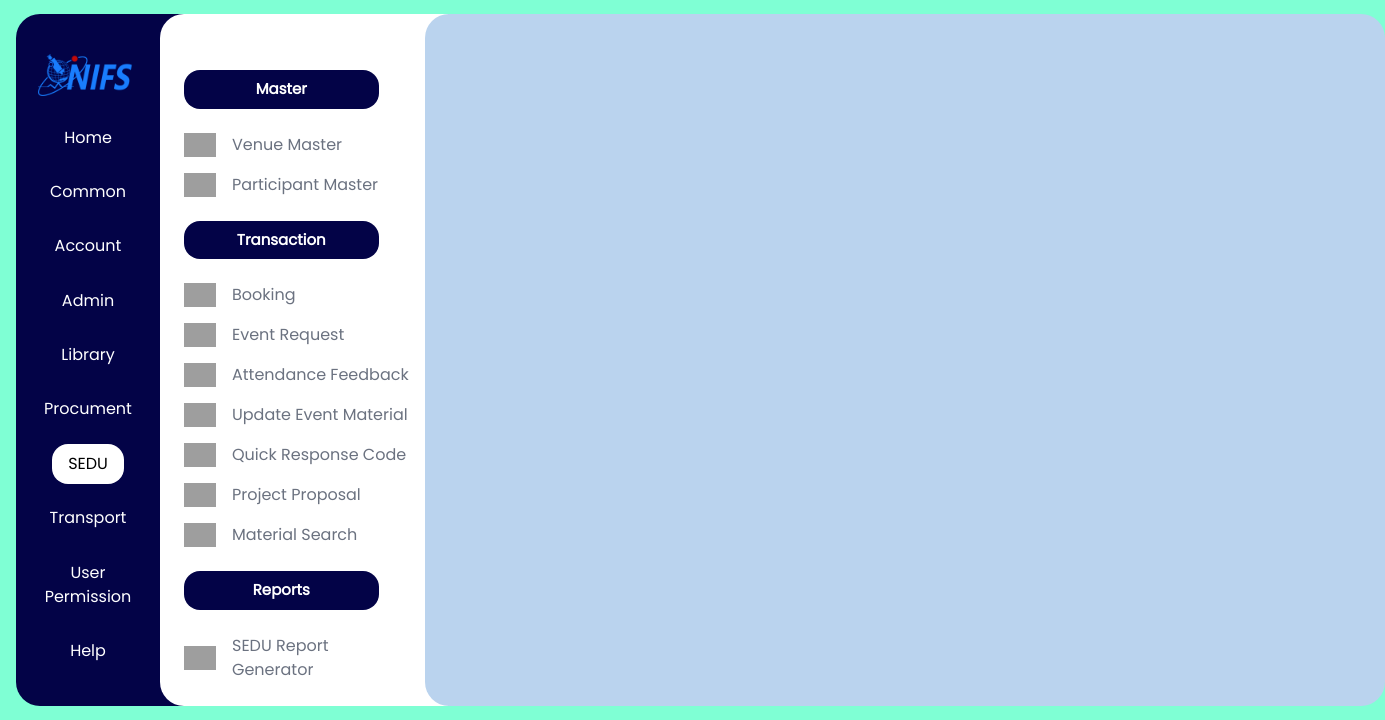
Repository: virangaj/NIFS-WebApp
Page: /sedu (app in client/)
These files come from the project's save history. The page is drawn as it stood at one moment and after the next save; the edit follows.
The browser window is 1280 px wide. The page is 1385 px wide, so the pictures cover 1385 px, including what lies to the right of the window. The pictures show the whole page.
Pictures or frames that could not be fetched are drawn as grey boxes. The project was rebuilt for these pictures with package versions that can differ from the ones it lists, and the page was loaded fresh each time. Also part of the build but not shown: client/src/pages/Login.tsx, client/src/pages/Home.tsx, client/src/components/Transport/shared/TransportNavbar.js, client/src/pages/TransportMainPage.tsx, client/src/pages/CommonMainPage.tsx, client/src/pages/AccountMainPage.tsx, client/src/pages/AdminMainPage.tsx, client/src/pages/LibraryMainPage.js and 15 more.

Above is the page before, as saved 2022-07-31 00:12:01.

### client/public/index.html
<!DOCTYPE html>
<html lang="en">
	<head>
		<meta charset="utf-8" />
		<link rel="icon" href="nifs_logo.png" />
		<meta name="viewport" content="width=device-width, initial-scale=1" />
		<meta name="theme-color" content="#000000" />
		<meta
			name="description"
			content="Web site created using create-react-app"
		/>
		<link rel="apple-touch-icon" href="%PUBLIC_URL%/logo192.png" />
		<!--
      manifest.json provides metadata used when your web app is installed on a
      user's mobile device or desktop. See https://developers.google.com/web/fundamentals/web-app-manifest/
    -->
		<link rel="manifest" href="%PUBLIC_URL%/manifest.json" />
		<!--
      Notice the use of %PUBLIC_URL% in the tags above.
      It will be replaced with the URL of the `public` folder during the build.
      Only files inside the `public` folder can be referenced from the HTML.

      Unlike "/favicon.ico" or "favicon.ico", "%PUBLIC_URL%/favicon.ico" will
      work correctly both with client-side routing and a non-root public URL.
      Learn how to configure a non-root public URL by running `npm run build`.
    -->
		<link
			href="https://fonts.googleapis.com/css?family=Poppins"
			rel="stylesheet"
		/>
		<title>NIFS Dashboard</title>
	</head>
	<body>
		<noscript>You need to enable JavaScript to run this app.</noscript>
		<div id="root"></div>
		<!--
      This HTML file is a template.
      If you open it directly in the browser, you will see an empty page.

      You can add webfonts, meta tags, or analytics to this file.
      The build step will place the bundled scripts into the <body> tag.

      To begin the development, run `npm start` or `yarn start`.
      To create a production bundle, use `npm run build` or `yarn build`.
    -->
	</body>
</html>

### client/src/index.css
@tailwind base;
@tailwind components;
@tailwind utilities;

* {
  margin: 0;
}

body {
  font-family: 'Poppins';
  -webkit-font-smoothing: antialiased;
  -moz-osx-font-smoothing: grayscale;
  background-color: #dfe7ee;

}

::-webkit-scrollbar {
  display: none;
}


:root {
  --main-navbar-back: #030347;
  --nav-title-section-back: rgba(47, 163, 72, 0.589);
  --white: #fff;
  --black: #000;
  --gray: rgba(68, 68, 68, 0.432);
  --border-radius: 10px;
  --pimary: rgb(10, 94, 133);
  --warning: #ed3d63;
  --secondary-nav-color: rgb(255, 255, 255);
  --body-content-bg: rgb(186, 211, 238);
}


.nav-logo {
  width: 100px;
  height: auto;
  margin-bottom: 2vh;
}

a {
  text-decoration: none;
}



/* main navbar */
.main-nav-bg {
  background-color: var(--main-navbar-back) !important;
}

.main-navbar {
  background-color: var(--main-navbar-back) !important;
  width: 100% !important;
  height: 80px !important;

}

/* secondary navbar */

.sec-nav-bg {
  background-color: var(--secondary-nav-color);
}

.secondary-navbar {
  margin: auto;
}

.nav-flex-section {
  display: -webkit-flex;
  display: -ms-flexbox;
  display: flex;
  -webkit-flex-wrap: wrap;
  -ms-flex-wrap: wrap;
  flex-wrap: wrap;
  justify-content: center;
}

.nav-flex-inside {
  margin-left: 5px;
  margin-left: 5px;
}

.nav-title {
  font-size: 15px;
  text-align: center;
  color: var(--white);
  font-weight: 600;

}

.nav-title-section {
  /* border-radius: var(--border-radius);
  background-color: var(--nav-title-section-back);
  box-shadow: rgba(100, 100, 111, 0.2) 0px 7px 29px 0px;
  pointer-events: none;
  margin-left: 10px;
  margin-left: 10px; */
  background-color: var(--main-navbar-back);
}

.nav-icon {
  width: 40px;
}

.nav-link {
  display: flex;
  display: -webkit-flex;
  display: -ms-flexbox;
  flex-direction: column;
  align-items: center;
  font-size: 14px;
  margin-left: 5px;
  margin-right: 5px;
  border: none;
  box-shadow: rgba(100, 100, 111, 0.2) 0px 7px 29px 0px;
  padding: 4px 8px 6px 8px;
  margin-bottom: 10px;
  text-align: center;
  width: 125px;
  border-radius: var(--border-radius);
  background-color: var(--white);
  outline: none;
  min-height: 120px;
}

.nav-link:hover {
  color: var(--pimary);
  cursor: pointer;
  box-shadow: rgba(81, 146, 177, 0.2) 0px 7px 29px 0px;
  background-color: rgb(254, 255, 205);
  border-bottom: 2px solid var(--warning);
}


.nav-link:active {
  color: var(--pimary);
  cursor: pointer;
  box-shadow: rgba(81, 146, 177, 0.2) 0px 7px 29px 0px;
  background-color: rgb(205, 248, 255);
  border-bottom: 2px solid var(--warning);
}

.nav-link-active {
  color: var(--pimary);
  cursor: pointer;
  box-shadow: rgba(81, 146, 177, 0.2) 0px 7px 29px 0px;
  background-color: rgb(205, 248, 255);
  border-bottom: 2px solid var(--warning);
}

/* body content*/
.body-content {
  margin: auto;
  width: 90%;
  margin-top: 12vh;

}

/* main page content */
.main-content {
  width: 90%;
  margin: auto;
  margin-top: 20px;
}

/* sub page content */

.sub-body-content {
  border: 2px solid var(--gray);
  border-radius: var(--border-radius);
  padding: 10px;
}

.sub-body-title {
  font-size: 24px;
}



/* error page */
.error-page {
  border: 2px solid var(--gray);
  border-radius: var(--border-radius);
  height: 50vh;
  width: 50vw;
  margin: auto;
  margin-top: 50px;
}

.error-page-content {
  display: flex;
  flex-direction: column;
  align-items: center;
  text-align: center !important;
  margin-top: 50px;
}

.error-page-content h1 {
  font-size: 100px;
  color: var(--warning);
  font-weight: 700;
  pointer-events: none;

}

.error-page-content p {
  font-size: 20px;
  margin-bottom: 20px;
  pointer-events: none;
}


@media screen and (max-width: 1366px) {
  body {
    background-color: aquamarine;
  }

  .nav-link {
    font-size: 12px;
    padding: 4px 4px 6px 4px;
    width: 100px;
    min-height: 100px;
  }

  .nav-icon {
    width: 35px;
  }
}

### client/src/App.tsx
import React, { useEffect } from 'react';
import Navbar from './components/shared/Navbar';
import Login from './pages/Login'
import { BrowserRouter as Router, Route, Routes } from 'react-router-dom'
import Home from './pages/Home';
import TransportMainPage from './pages/TransportMainPage';
import CommonMainPage from './pages/CommonMainPage';
import AccountMainPage from './pages/AccountMainPage';
import AdminMainPage from './pages/AdminMainPage';
import LibraryMainPage from './pages/LibraryMainPage';
import ProcumentMainPage from './pages/ProcumentMainPage';
import SeduMainPage from './pages/SeduMainPage';
import UserPermissionMainPage from './pages/UserPermissionMainPage';
import NotificationMainPage from './pages/NotificationMainPage';
import HelpMainPage from './pages/HelpMainPage';
import ErrorPage from './pages/ErrorPage';
import VerticalMainNavbar from './components/shared/VerticalMainNavbar';


function App() {


  return (
    <div className='w-[98%] flex mx-auto flex-col h-[100vh]'>
      <Router>
        {/* <Navbar /> */}
        <div>
          <VerticalMainNavbar />
        </div>
        <div className='overflow-y-scroll ml-4 scroll-bar'>
          <Routes>
            <Route path="/login" element={<Login />} />
            <Route path="/" element={<Home />} />
            <Route path="/common/*" element={<CommonMainPage />} />
            <Route path="/account/*" element={<AccountMainPage />} />
            <Route path="/admin/*" element={<AdminMainPage />} />
            <Route path="/library/*" element={<LibraryMainPage />} />
            <Route path="/procument/*" element={<ProcumentMainPage />} />
            <Route path="/sedu/*" element={<SeduMainPage />} />
            <Route path="/transport/*" element={<TransportMainPage />} />
            <Route
              path="/user-permission/*"
              element={<UserPermissionMainPage />}
            />
            <Route
              path="/notification/*"
              element={<NotificationMainPage />}
            />
            <Route path="/help/*" element={<HelpMainPage />} />
            <Route path="/error-404" element={<ErrorPage />} />
          </Routes>
        </div>


      </Router>
    </div>
  );
}

export default App;

### client/src/pages/SeduMainPage.tsx
import React from 'react';
import { Route, Routes } from 'react-router-dom';
import AttendanceFeedback from '../components/sedu/AttendanceFeedback';
import EventRequest from '../components/sedu/EventRequest';
import MaterialSearch from '../components/sedu/MaterialSearch';
import ParticipantMaster from '../components/sedu/ParticipantMaster';
import ProjectProposal from '../components/sedu/ProjectProposal';
import QuickResponseCode from '../components/sedu/QuickResponseCode';
import SeduBooking from '../components/sedu/SeduBooking';
import SeduReportGenerator from '../components/sedu/SeduReportGenerator';
import SeduSecondaryNavbar from '../components/sedu/shared/SeduSecondaryNavbar';
import UpdateEventMaterial from '../components/sedu/UpdateEventMaterial';
import VenueMaster from '../components/sedu/VenueMaster';
import SecondaryNavbar from '../components/shared/SecondaryNavbar';
import Pages from '../components/data/SeduNavData.json'
import VerticalSecondaryNavbar from '../components/shared/VerticalSecondaryNavbar';

// sedu main page where all other section of sedu department can be access from here
function SeduMainPage() {
	// console.log(Pages);


	return (

		<div >
			{/* <SeduSecondaryNavbar /> */}
			{/* <SecondaryNavbar pages={Pages} /> */}
			{/* <div className="main-content"> */}
			<div className='secondary-nav-position'>
				<VerticalSecondaryNavbar pages={Pages} />
			</div>
			<div className='absolute left-[425px] top-[2vh] bg-body-content-bg w-[75vw] h-[96vh] rounded-3xl'>
				<Routes>
					<Route path="/venue-master" element={<VenueMaster />} />
					<Route path="/participant-master" element={<ParticipantMaster />} />
					<Route path="/booking" element={<SeduBooking />} />
					<Route path="/event-request" element={<EventRequest />} />
					<Route path="/attendance-feedback" element={<AttendanceFeedback />} />
					<Route path="/update-material" element={<UpdateEventMaterial />} />
					<Route path="/quick-response" element={<QuickResponseCode />} />
					<Route path="/project-proposal" element={<ProjectProposal />} />
					<Route path="/material-search" element={<MaterialSearch />} />
					<Route path="/report-generator" element={<SeduReportGenerator />} />

				</Routes>
			</div>
		</div >);
}

export default SeduMainPage;

### client/src/components/shared/VerticalMainNavbar.tsx
import { Button } from '@mui/material'
import React from 'react'
import { Link, useLocation } from 'react-router-dom'
import Pages from '../data/MainNavPages.json'
import { HiMenuAlt2 } from "react-icons/hi";
import Logo from '../../images/nifs_logo.png'


function VerticalMainNavbar() {

    const location: any = useLocation();

    return (
        <>
            <div className='fixed left-0 w-48 top-[2vh] main-nav-bg ml-4 rounded-l-3xl'>
                <div className='h-[96vh] w-36 flex flex-col items-center py-10 px-2'>
                    <Link to='/'>
                        <img src={Logo} alt="logo" className="nav-logo" />
                    </Link>
                    {Pages.map((page, index) => (
                        location.pathname.split('/')[1] === page.link.split('/')[1] ?
                            <Link to={page.link} style={{ textDecoration: 'none' }} key={index}>
                                <button className='bg-white my-[1vh] px-4 py-2 rounded-2xl text-black'>
                                    {page.title}
                                </button>
                            </Link>
                            :
                            <Link to={page.link} style={{ textDecoration: 'none' }} key={index}>
                                <button className='my-[1vh] px-4 py-2 rounded-2xl text-white'>

                                    {page.title}
                                </button>
                            </Link>
                    ))}
                </div>
            </div>
            {/* <div className='fixed left-0 w-24 top-[2vh] visible md:invisible main-nav-bg ml-2 rounded-l-3xl'>
                <div className='h-[96vh] w-20 flex flex-col items-center py-10 px-2'>
                    <p className='text-white text-2xl cursor-pointer'>

                        <HiMenuAlt2 />
                    </p>


                </div>
            </div> */}
        </>
    )
}

export default VerticalMainNavbar

### client/src/components/shared/VerticalSecondaryNavbar.tsx
import React from 'react'
import Box from '@mui/material/Box';
import { Link, useLocation } from 'react-router-dom';
import Employees from '../data/Employee.json';

function VerticalSecondaryNavbar(props: any) {
    console.log(props.pages)
    const location = useLocation();
    const user = Employees[0];
    // const isAdmin: Boolean = user.deparment.toUpperCase() === location.pathname.split('/')[1].toUpperCase() && user.admin === true;
    const isAdmin: Boolean = true;

    console.log(isAdmin)
    const pages: any = props.pages;
    return (
        <div className='fixed left-0 w-72 top-[2vh] sec-nav-bg ml-40 rounded-l-3xl'>
            <div className='h-[96vh] w-[90%] flex flex-col items-start ml-4 py-10 px-2'>

                {pages.map((content: any, index: number) =>
                    <>
                        <div className='my-4 w-[80%] py-2 px-4 rounded-2xl nav-title-section'>
                            <p className='nav-title'>{content.section}</p>
                        </div>
                        {content.routes.map((page: any, i: number) => (
                            isAdmin ? <Link to={page.link} key={i}>
                                <div className='flex items-center'>
                                    <img src={page.img} alt={page.title} className='w-8' />
                                    <button className={location.pathname === page.link ? 'px-4 py-2 rounded-2xl text-black font-semibold text-left hover:text-blue-500 hover:font-semibold' : 'text-gray-500 px-4 py-2 text-left hover:text-blue-500 hover:font-semibold'}>{page.title}</button>
                                </div>
                            </Link> : (!page.only_admin ? <Link to={page.link} key={i}>
                                <div className='flex items-center'>
                                    <img src={page.img} alt={page.title} className='w-8' />
                                    <button className={location.pathname === page.link ? 'px-4 py-2 rounded-2xl text-black font-semibold text-left hover:text-blue-500 hover:font-semibold' : 'text-gray-500 px-4 py-2 text-left hover:text-blue-500 hover:font-semibold'}>{page.title}</button>
                                </div>
                            </Link> : "")
                        ))}
                    </>

                )}

            </div>

        </div>
    )
}

export default VerticalSecondaryNavbar

### client/src/components/data/SeduNavData.json
[
    {
        "section": "Master",
        "only_admin": false,
        "routes": [
            {
                "title": "Venue Master",
                "link": "/sedu/venue-master",
                "img": "https://img.icons8.com/fluency/50/000000/home.png",
                "only_admin": false
            },
            {
                "title": "Participant Master",
                "link": "/sedu/participant-master",
                "img": "https://img.icons8.com/fluency/50/000000/conference-foreground-selected.png",
                "only_admin": false
            }
        ]
    },
    {
        "section": "Transaction",
        "only_admin": false,
        "routes": [
            {
                "title": "Booking",
                "link": "/sedu/booking",
                "img": "https://img.icons8.com/fluency/50/000000/calendar-plus.png",
                "only_admin": false
            },
            {
                "title": "Event Request",
                "link": "/sedu/event-request",
                "img": "https://img.icons8.com/fluency/50/000000/invite.png",
                "only_admin": false
            },
            {
                "title": "Attendance Feedback",
                "link": "/sedu/attendance-feedback",
                "img": "https://img.icons8.com/fluency/50/000000/feedback-hub.png",
                "only_admin": false
            },
            {
                "title": " Update Event Material",
                "link": "/sedu/update-material",
                "img": "https://img.icons8.com/fluency/50/000000/available-updates.png",
                "only_admin": false
            },
            {
                "title": "Quick Response Code",
                "link": "/sedu/quick-response",
                "img": "https://img.icons8.com/fluency/50/000000/barcode-scanner.png",
                "only_admin": false
            },
            {
                "title": "Project Proposal",
                "link": "/sedu/project-proposal",
                "img": "https://img.icons8.com/fluency/50/000000/documents.png",
                "only_admin": false
            },
            {
                "title": "Material Search",
                "link": "/sedu/material-search",
                "img": "https://img.icons8.com/fluency/50/000000/search.png",
                "only_admin": false
            }
        ]
    },
    {
        "section": "Reports",
        "only_admin": true,
        "routes": [
            {
                "title": "SEDU Report Generator",
                "link": "/sedu/report-generator",
                "img": "https://img.icons8.com/cute-clipart/50/000000/load-from-file.png",
                "only_admin": true
            }
        ]
    }
]

### client/src/components/data/MainNavPages.json
[
    {
        "id": 0,
        "title": "Home",
        "link": "/"
    },
    {
        "id": 1,
        "title": "Common",
        "link": "/common"
    },
    {
        "id": 2,
        "title": "Account",
        "link": "/account"
    },
    {
        "id": 3,
        "title": "Admin",
        "link": "/admin"
    },
    {
        "id": 4,
        "title": "Library",
        "link": "/library"
    },
    {
        "id": 5,
        "title": "Procument",
        "link": "/procument"
    },
    {
        "id": 6,
        "title": "SEDU",
        "link": "/sedu"
    },
    {
        "id": 7,
        "title": "Transport",
        "link": "/transport"
    },
    {
        "id": 8,
        "title": "User Permission",
        "link": "/user-permission"
    },
    {
        "id": 10,
        "title": "Help",
        "link": "/help"
    }
]

### client/src/components/data/Employee.json
[
    {
        "id": 0,
        "value": "Mr. Kamal",
        "admin": true,
        "deparment": "Transpoort"
    },
    {
        "id": 1,
        "value": "Mr. Sunil",
        "admin": true,
        "deparment": "SEDU"
    },
    {
        "id": 2,
        "value": "Mr. Kusal",
        "admin": false,
        "deparment": "Transpoort"
    },
    {
        "id": 3,
        "value": "Mrs. Nayana",
        "admin": false,
        "deparment": "SEDU"
    },
    {
        "id": 4,
        "value": "Miss Rashmi",
        "admin": false,
        "deparment": "Transpoort"
    }
]

### client/tailwind.config.js
/** @type {import('tailwindcss').Config} */
module.exports = {
	content: ['./src/**/*.{js,jsx,ts,tsx}'],
	theme: {
		extend: {
			colors: {
				'body-content-bg': 'var(--body-content-bg)',
			},
		},
	},
	plugins: [],
};

Loaded but not shown: client/src/index.tsx (common file); client/src/reportWebVitals.ts (common file)

After the next save:
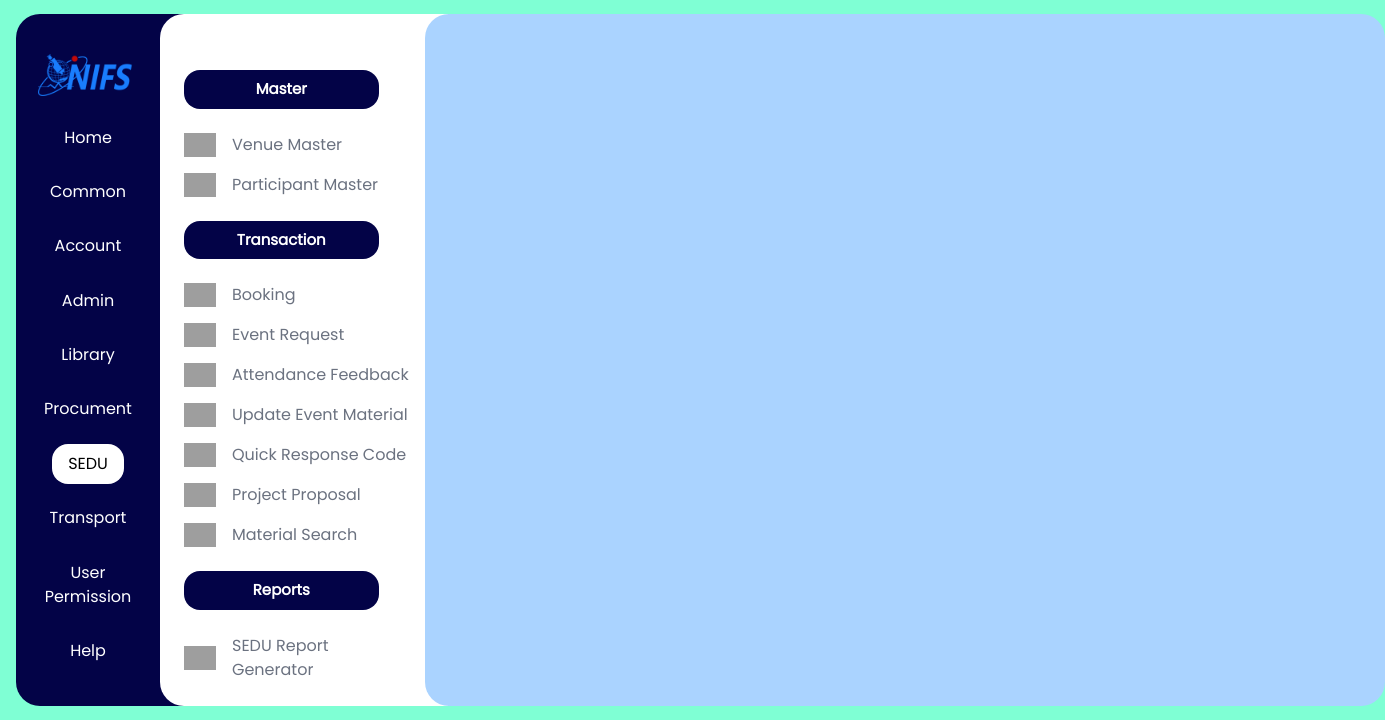
Saved 10 s later.
--- a/client/src/index.css
+++ b/client/src/index.css
@@ -29,7 +29,7 @@ body {
   --pimary: rgb(10, 94, 133);
   --warning: #ed3d63;
   --secondary-nav-color: rgb(255, 255, 255);
-  --body-content-bg: rgb(186, 211, 238);
+  --body-content-bg: rgb(170, 211, 255);
 }
 
 
